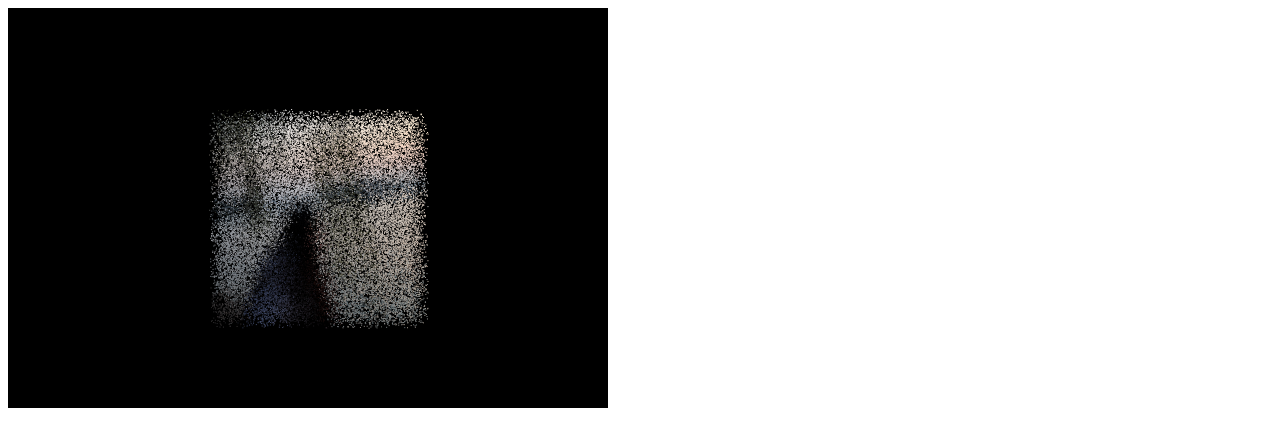
Repository: nishuiwei/nishuiwei.github.io
Page: demo_01.html
An editor plug-in stored every save of this project. The page is shown before and after the next save, followed by the edit.
The browser window is 1280 px wide. The pictures show the whole page.

Above is the page before, as saved 2019-12-19 10:19:00.

### demo_01.html
<!DOCTYPE html>
<html>

<head lang="en">
  <meta charset="UTF-8">
  <title></title>
</head>

<body>
  <canvas id="myCanvas" width="600" height="400" style="background:#000">浏览器不支持canvas</canvas>
</body>
<script type="text/javascript">
  var canvas = document.getElementById("myCanvas");
  var ctx = canvas.getContext("2d");

  var image = new Image();
  image.src = 'bg.jpg';

  var pixels = []; //存储像素数据
  var imageData;
  image.onload = function () {
    ctx.drawImage(image, 200, 100, 200, 200);
    imageData = ctx.getImageData(200, 100, 200, 200); //获取图表像素信息
    getPixels(); //获取所有像素
    drawPic(); //绘制图像

  };

  function getPixels() {
    var pos = 0;
    var data = imageData.data; //RGBA的一维数组数据
    //源图像的高度和宽度为200px
    for (var i = 1; i <= 200; i++) {
      for (var j = 1; j <= 200; j++) {
        pos = [(i - 1) * 200 + (j - 1)] * 4; //取得像素位置
        if (data[pos] >= 0) {
          var pixel = {
            x: 200 + j + Math.random() * 20, //重新设置每个像素的位置信息
            y: 100 + i + Math.random() * 20, //重新设置每个像素的位置信息
            fillStyle: 'rgba(' + data[pos] + ',' + (data[pos + 1]) + ',' + (data[pos + 2]) + ',' + (data[pos + 3]) +
              ')'
          }
          pixels.push(pixel);
        }

      }
    }
  }

  function drawPic() {
    var canvas = document.getElementById("myCanvas");
    var ctx = canvas.getContext("2d");
    ctx.clearRect(0, 0, 600, 400);
    var len = pixels.length,
      curr_pixel = null;
    for (var i = 0; i < len; i++) {
      curr_pixel = pixels[i];
      ctx.fillStyle = curr_pixel.fillStyle;
      ctx.fillRect(curr_pixel.x, curr_pixel.y, 1, 1);
    }
  }
</script>

</html>

After the next save:
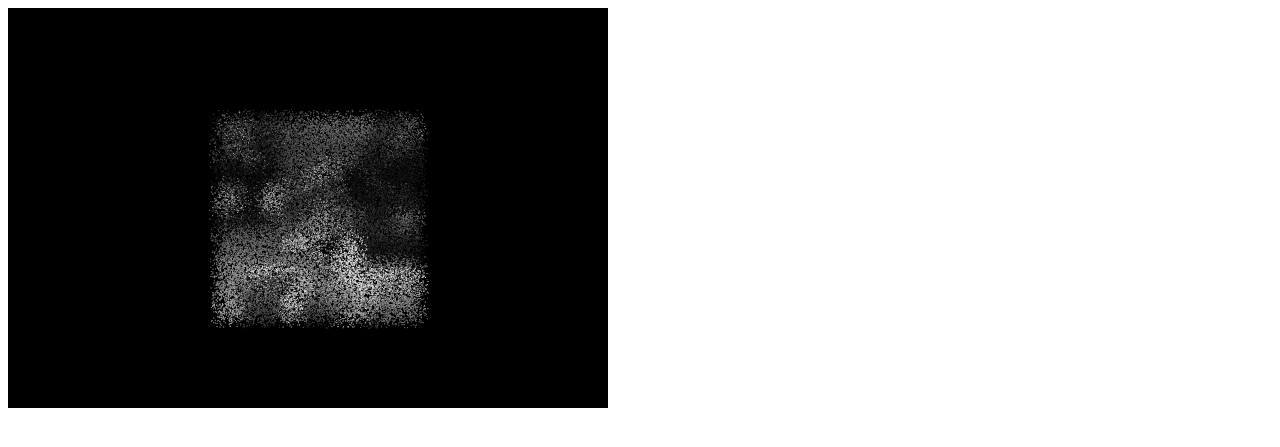
Saved 4 s later.
--- a/demo_01.html
+++ b/demo_01.html
@@ -14,7 +14,7 @@
   var ctx = canvas.getContext("2d");
 
   var image = new Image();
-  image.src = 'bg.jpg';
+  image.src = 'bg1.jpg';
 
   var pixels = []; //存储像素数据
   var imageData;
